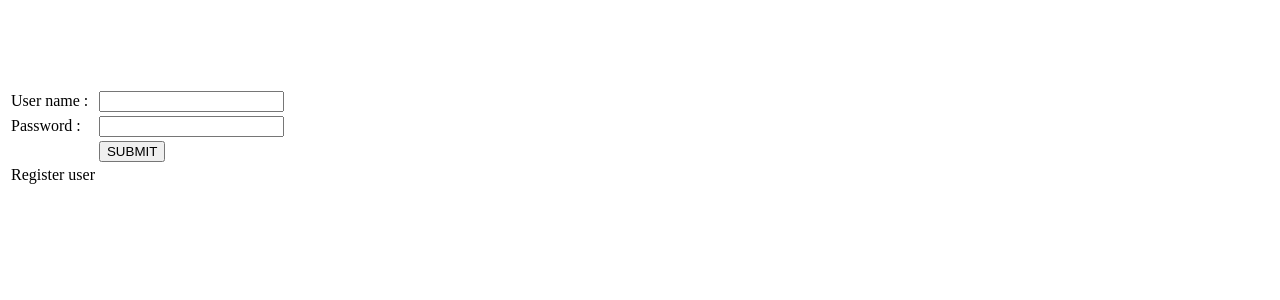
Repository: MarkFernandes11/Advanced-Java
Page: http://localhost/LoginPage/Index.jsp
These files come from the project's save history. The page is drawn as it stood at one moment and after the next save; the edit follows.
The browser window is 1280 px wide. The pictures show the whole page.
The page is served by Tomcat 9.

Above is the page before, as saved 2019-09-21 13:09:03.

### LoginPage/WebContent/Index.jsp
<%@ page language="java" contentType="text/html; charset=UTF-8"
    pageEncoding="UTF-8"%>
<!DOCTYPE html>
<html>
<head>
<meta charset="UTF-8">
<title>Insert title here</title>
</head>
<body>

	<div>
		<header>
			<h1> <marquee>BridgeLabz Web Page </marquee></h1>
		</header>
	</div>
	<form method="post" action="LoginAction">
		<table>
			<tr><td>User name : </td> <td><input type = "text" name ="username"> </td></tr>
			<tr><td>Password : </td> <td><input type = "password" name ="password"> </td></tr>
			<tr><td></td> <td><input type ="submit" value="SUBMIT"></td></tr>
			<tr><td>Register user</td></tr>
		</table>
	</form>
</body>
</html>

After the next save:
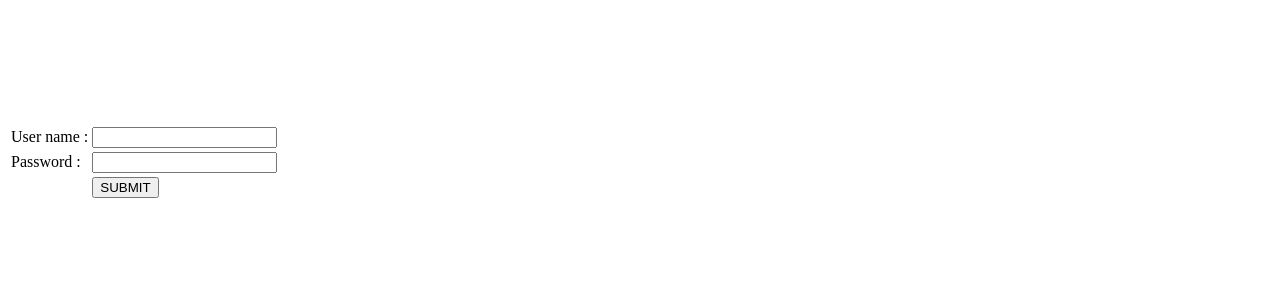
Saved 2 min 20 s later.
--- a/LoginPage/WebContent/Index.jsp
+++ b/LoginPage/WebContent/Index.jsp
@@ -17,8 +17,10 @@
 		<table>
 			<tr><td>User name : </td> <td><input type = "text" name ="username"> </td></tr>
 			<tr><td>Password : </td> <td><input type = "password" name ="password"> </td></tr>
-			<tr><td></td> <td><input type ="submit" value="SUBMIT"></td></tr>
-			<tr><td>Register user</td></tr>
+			<br><br>
+			<tr><td><a href="google.com" Register user></a></td>
+			<td><input type ="submit" value="SUBMIT"></td></tr>
+
 		</table>
 	</form>
 </body>
